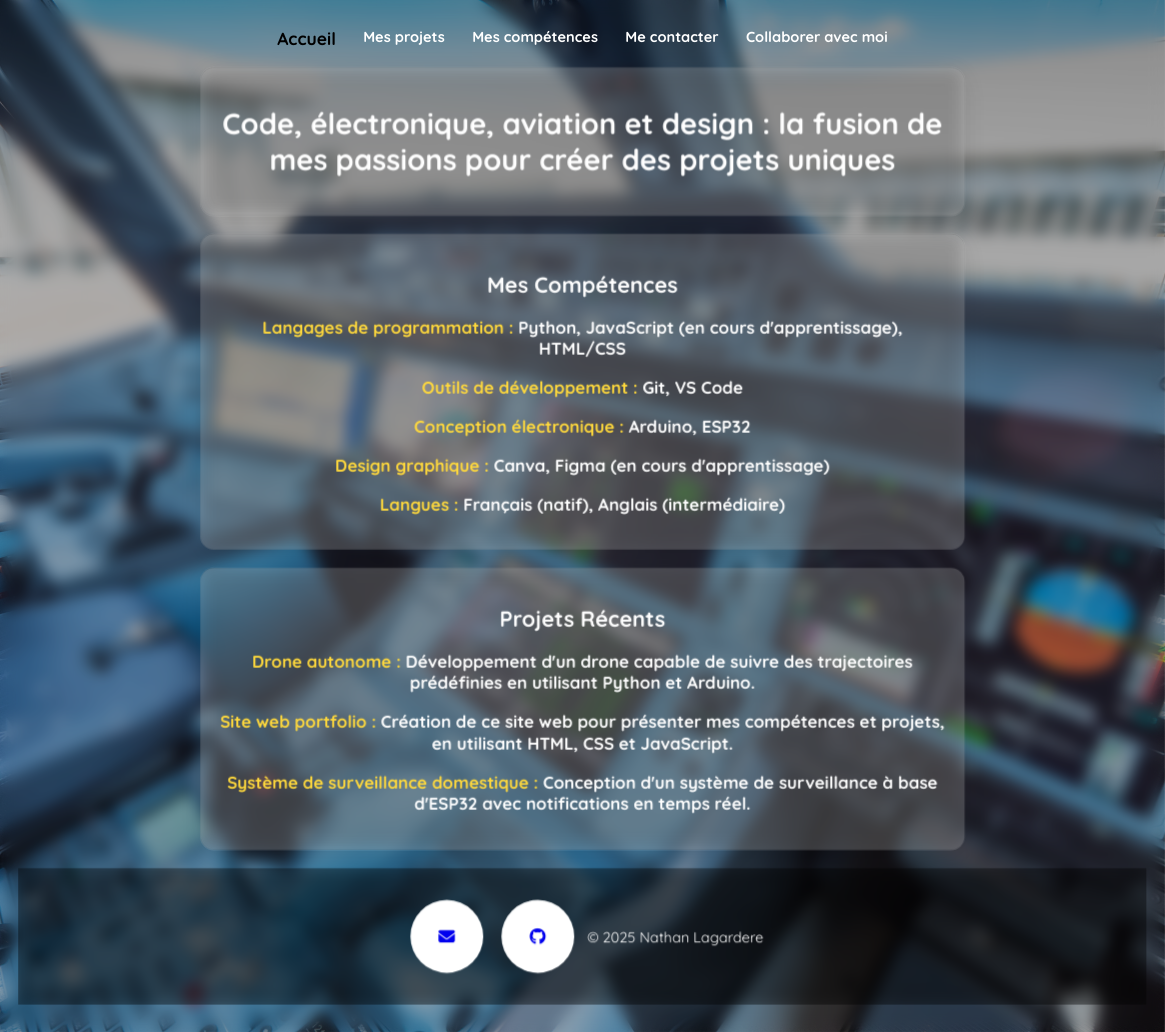
Repository: nlagardere/myportfolio
Page: index - Copie.html
These files come from the project's save history. The page is drawn as it stood at one moment and after the next save; the edit follows.
The browser window is 1280 px wide. The pictures show the whole page, at 91% of full size.

Above is the page before, as saved 2025-09-06 10:33:27.

### index - Copie.html
<!DOCTYPE html>
<html lang="fr">
<head>
  <meta charset="UTF-8">
  <meta name="viewport" content="width=device-width, initial-scale=1.0">
  <title>Portfolio</title>

  <!-- Google Fonts -->
  <link href="https://fonts.googleapis.com/css2?family=Exo+2:wght@400;700&family=Quicksand:wght@400;700&display=swap" rel="stylesheet">
  <!-- Font Awesome -->
  <link rel="stylesheet" href="https://cdnjs.cloudflare.com/ajax/libs/font-awesome/6.5.0/css/all.min.css">

  <style>
    /* ========== BODY & LAYOUT ========== */
    body {
      font-family: 'Quicksand', sans-serif;
      margin: 0;
      padding: 0;
      min-height: 100vh;
      display: flex;
      flex-direction: column;
      background: url('a350.jpg') no-repeat center center;
      background-size: cover;
      color: #fff;
    }

    header {
      text-align: center;
      padding: 30px 20px;
      background: rgba(0,0,0,0.3);
      backdrop-filter: blur(8px);
    }

    /* ========== GLASS CARD ========== */
    .glasscard, .competences {
      background: rgba(255, 255, 255, 0.2);
      border-radius: 15px;
      padding: 20px;
      margin: 20px auto;
      max-width: 800px;
      backdrop-filter: blur(10px);
      box-shadow: 0 4px 30px rgba(0,0,0,0.1);
      text-align: center;
      animation: zoomPop 1s ease forwards;
      color: white;
    }

    .highlight {
      color: #FFD93D;
      font-weight: bold;
    }

    @keyframes zoomPop {
      0% { opacity: 0; transform: scale(0.1) translateZ(-800px); }
      60% { opacity: 1; transform: scale(1.2) translateZ(50px); }
      80% { transform: scale(0.95) translateZ(0); }
      100% { opacity: 1; transform: scale(1) translateZ(0); }
    }


    /* ========== SOCIAL ICONS ========== */
    .wrapper {
      display: inline-flex;
      justify-content: center;
      list-style: none;
      padding: 20px 0;
      margin: 0 auto;
    }

    .wrapper .icon {
      position: relative;
      background: #ffffff;
      border-radius: 50%;
      padding: 15px;
      margin: 0 10px;
      width: 50px;
      height: 50px;
      font-size: 18px;
      display: flex;
      justify-content: center;
      align-items: center;
      cursor: pointer;
      transition: all 0.2s cubic-bezier(0.68, -0.55, 0.265, 1.55);
    }

    .wrapper .tooltip {
      position: absolute;
      bottom: 100%;
      left: 50%;
      transform: translateX(-50%) translateY(-10px);
      font-size: 14px;
      background: #333;
      color: #fff;
      padding: 5px 8px;
      border-radius: 5px;
      opacity: 0;
      pointer-events: none;
      white-space: nowrap;
      transition: all 0.3s cubic-bezier(0.68, -0.55, 0.265, 1.55);
      z-index: 10;
    }

    .wrapper .tooltip::before {
      content: "";
      position: absolute;
      top: 100%;
      left: 50%;
      transform: translateX(-50%) rotate(45deg);
      width: 8px;
      height: 8px;
      background: #333;
    }

    .wrapper .icon:hover .tooltip {
      opacity: 1;
      pointer-events: auto;
      transform: translateX(-50%) translateY(-15px);
    }

    .wrapper .mail:hover,
    .wrapper .mail:hover .tooltip,
    .wrapper .mail:hover .tooltip::before {
      background: #00CED1;
      color: #fff;
    }

    .wrapper .github:hover,
    .wrapper .github:hover .tooltip,
    .wrapper .github:hover .tooltip::before {
      background: #333333;
      color: #fff;
    }

    /* ========== FOOTER ========== */
    .footer{
      text-align: center;
      padding: 15px 20px;
      background: rgba(0,0,0,0.3);
      backdrop-filter: blur(8px);
      color: white;
      margin-top: auto; /* ça force le footer en bas */

    }

    /* ========== NAVBAR ========== */
    .navbar ul {
      list-style: none;
      padding: 0;
      margin: 0;
      display: flex;
      justify-content: center;
      gap: 30px;
      flex-wrap: wrap;
    }
    .navbar ul li {
      display: inline;
    }
    .navbar ul li a {
      text-decoration: none;
      color: white;
      font-weight: bold;
      transition: color 0.3s;
    }
    .navbar ul li a:hover {
      color: #FFD93D;
    }

    .navbar .accueil a {
      font-size: 1.2em;
      font-weight: bold;
      color: #000000;


    }
    .navbar .accueil a:hover {
      color: #FF5733;
    }

    .navbar .accueil a .accueil-wrapper {
      background: #FFFFFF;
      color: #000000;
    }

    /* ========== RESPONSIVE ========== */
    @media (max-width: 600px) {
      .letter-block .letter {
        font-size: 2.5em;
      }
    }

  </style>
</head>
<body>
  <header>
    <nav class="navbar">
      <ul>
        <div class="accueil-wrapper">
          <li class="accueil"><a href="index - Copie.html">Accueil</a></li>
        </div>
        <li><a href="projects.html">Mes projets</a></li>
        <li><a href="competences.html">Mes compétences</a></li>
        <li><a href="contact.html">Me contacter</a></li>
        <li><a href="collaborate.html">Collaborer avec moi</a></li>
      </ul>
    </nav>

  <div class="glasscard">
    <h1>Code, électronique, aviation et design : la fusion de mes passions pour créer des projets uniques</h1>
  </div>

  <div class="competences">
    <h2>Mes Compétences</h2>
    <h3><span class="highlight">Langages de programmation :</span> Python, JavaScript (en cours d'apprentissage), HTML/CSS</h3>
    <h3><span class="highlight">Outils de développement :</span> Git, VS Code</h3>
    <h3><span class="highlight">Conception électronique :</span> Arduino, ESP32</h3>
    <h3><span class="highlight">Design graphique :</span> Canva, Figma (en cours d'apprentissage)</h3>
    <h3><span class="highlight">Langues :</span> Français (natif), Anglais (intermédiaire)</h3>
  </div>

  <div calss="projects">
    <div class="glasscard">
      <h2>Projets Récents</h2>
      <h3><span class="highlight">Drone autonome :</span> Développement d'un drone capable de suivre des trajectoires prédéfinies en utilisant Python et Arduino.</h3>
      <h3><span class="highlight">Site web portfolio :</span> Création de ce site web pour présenter mes compétences et projets, en utilisant HTML, CSS et JavaScript.</h3>
      <h3><span class="highlight">Système de surveillance domestique :</span> Conception d'un système de surveillance à base d'ESP32 avec notifications en temps réel.</h3>
    </div>
  </div>




  <div class="footer">
    <ul class="wrapper">
      <li class="icon mail">
        <a href="mailto:nathan.lagardere@gmail.com" target="_blank">
          <span class="tooltip">Mail</span>
          <i class="fas fa-envelope"></i>
        </a>
      </li>
      <li class="icon github">
        <a href="https://github.com/nlagardere" target="_blank">
          <span class="tooltip">Github</span>
          <i class="fab fa-github"></i>
        </a>
      </li>
    </ul>
    © 2025 Nathan Lagardere
  </div>

<script>

</script>
</body>
</html>

After the next save:
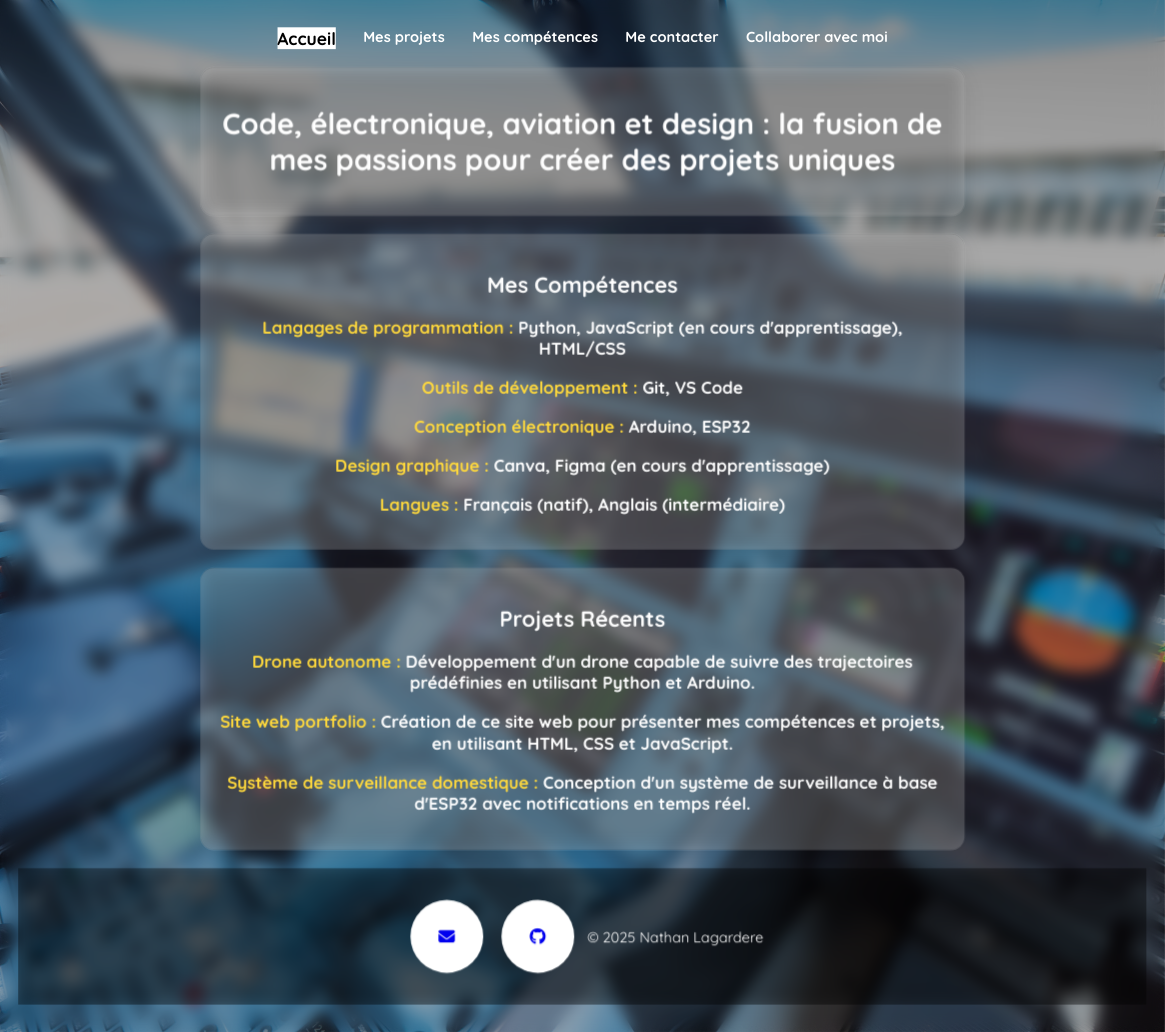
Saved 14 s later.
--- a/index - Copie.html
+++ b/index - Copie.html
@@ -176,7 +176,7 @@
       color: #FF5733;
     }
 
-    .navbar .accueil a .accueil-wrapper {
+    .navbar .accueil-wrapper {
       background: #FFFFFF;
       color: #000000;
     }
